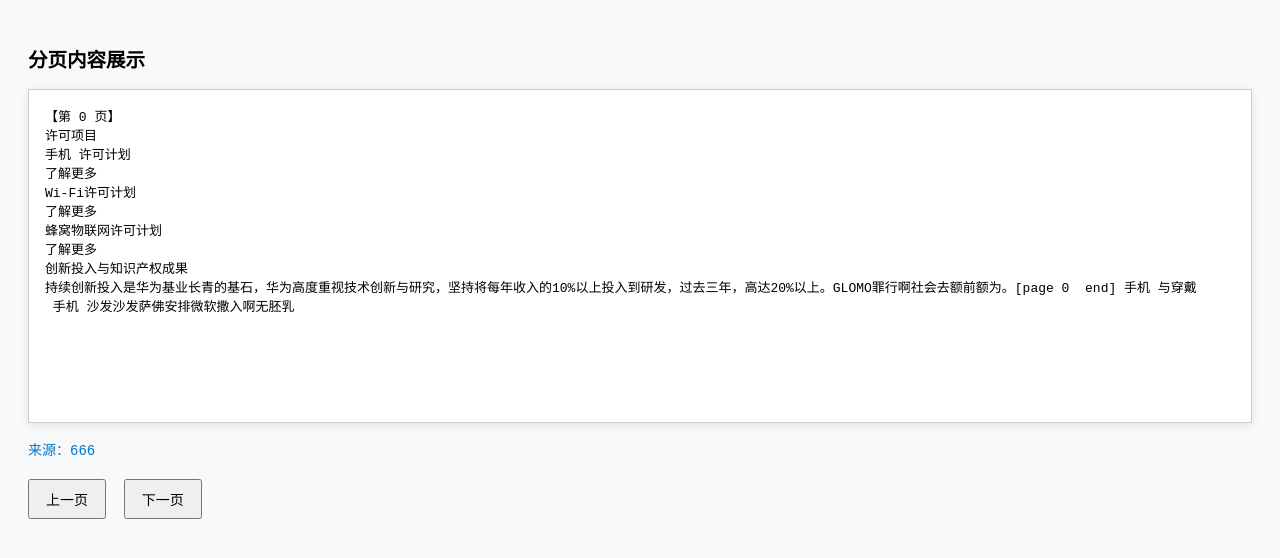
Repository: li-2019220129/test-editor
Page: index.html
These files come from the project's save history. The page is drawn as it stood at one moment and after the next save; the edit follows.
The browser window is 1280 px wide. The pictures show the whole page.

Above is the page before, as saved 2025-06-05 20:59:07.

### index.html
<!DOCTYPE html>
<html lang="zh">
  <head>
    <meta charset="UTF-8" />
    <title>分页打字展示</title>
    <style>
      body {
        font-family: monospace;
        padding: 20px;
        background-color: #f8f9fa;
      }
      #output {
        white-space: pre-wrap;
        background: #fff;
        border: 1px solid #ccc;
        padding: 16px;
        min-height: 300px;
        max-height: 70vh;
        overflow-y: auto;
        box-shadow: 0 2px 8px rgba(0, 0, 0, 0.1);
      }
      #controls {
        margin-top: 20px;
      }
      button {
        padding: 8px 16px;
        margin-right: 10px;
        font-size: 14px;
        cursor: pointer;
      }
      #sourceLinks {
        margin-top: 16px;
        font-size: 14px;
      }
      #sourceLinks a {
        color: #0077cc;
        text-decoration: none;
        display: block;
        margin-bottom: 4px;
      }
    </style>
  </head>
  <body>
    <h2>分页内容展示</h2>
    <div id="output"></div>
    <div id="sourceLinks"></div>

    <div id="controls">
      <button id="prevBtn">上一页</button>
      <button id="nextBtn">下一页</button>
    </div>

    <script>
      const rawData = `{"step":"rewrittenMessage","phase":"start"}{"step":"rewrittenMessage","phase":"end","content":"手机的评分怎么样"}{"step":"intentCheck","phase":"start"}{"step":"intentCheck","phase":"end","content":"产品查询"}{"step":"ragQuery","phase":"start"}{"content":"[page 0 begin]许可项目\\n手机 许可计划\\n了解更多\\nWi-Fi许可计划\\n了解更多\\n蜂窝物联网许可计划\\n了解更多\\n创新投入与知识产权成果\\n持续创新投入是华为基业长青的基石，华为高度重视技术创新与研究，坚持将每年收入的10%以上投入到研发，过去三年，高达20%以上。GLOMO罪行啊社会去额前额为。[page 0  end][page 1 begin] 手机 与穿戴\\n 手机 沙发沙发萨佛安排微软撒入啊无胚乳[page 1 end][page 2 begin]手机 许可计划\\n我啊啊啊二啊飞机票委任为如哇让啊二哦啊二app奥佩容儿偶尔譬如怕我[page 2 end]","source_url":["www.baidu.com","kweweb-rhsl.huawei.com/cn/products/connectivity/smartphone-wearable.html"],"source_title":["666","手机与穿戴","手机许可计划"]}{"step":"finalSummary","phase":"start"}{"content":"安抚还饿沙俄我日哦安慰后悔阿尔文然后五花肉为安徽让我i和啊我日哈我让毫无热火华为偶然好温柔好温柔和哈我而忽然。"}{"step":"finalSummary","phase":"end"}`;

      const jsonObjects = rawData.match(/({.*?})(?={|$)/gs) || [];

      // 解析所有 JSON 对象
      const parsedObjects = jsonObjects
        .map((str) => {
          try {
            return JSON.parse(str);
          } catch {
            return null;
          }
        })
        .filter(Boolean);

      // 提取 ragQuery 步骤中的 content/source 信息
      const ragObj = parsedObjects.find((obj) =>
        obj.content?.includes("[page 0 begin]")
      );
      const pages = [];
      if (ragObj?.content) {
        const pageMatches = ragObj.content.match(
          /\[page \d+ begin](.*?)\[page \d+ end]/gs
        );
        pageMatches?.forEach((match, idx) => {
          const content = match.replace(/\[page \d+ (begin|end)]/g, "").trim();
          pages.push(content);
        });
      }

      const sourceTitles = ragObj?.source_title || [];
      const sourceUrls = ragObj?.source_url || [];

      const output = document.getElementById("output");
      const sourceLinks = document.getElementById("sourceLinks");
      const nextBtn = document.getElementById("nextBtn");
      const prevBtn = document.getElementById("prevBtn");

      let currentPage = 0;

      async function typeText(text, container, delay = 20) {
        container.textContent = "";
        for (let i = 0; i < text.length; i++) {
          container.textContent += text[i];
          container.scrollTop = container.scrollHeight;
          await new Promise((resolve) => setTimeout(resolve, delay));
        }
      }

      function renderPage(index) {
        if (index < 0 || index >= pages.length) return;
        currentPage = index;
        const pageContent = pages[index];
        const title = `【第 ${index} 页】\n`;

        typeText(title + pageContent, output, 20);

        // 清空并重新渲染 source link
        sourceLinks.innerHTML = "";
        if (sourceTitles[index] && sourceUrls[index]) {
          const a = document.createElement("a");
          a.href = sourceUrls[index];
          a.textContent = `来源：${sourceTitles[index]}`;
          a.target = "_blank";
          sourceLinks.appendChild(a);
        }
      }

      nextBtn.onclick = () => {
        if (currentPage < pages.length - 1) {
          renderPage(currentPage + 1);
        }
      };

      prevBtn.onclick = () => {
        if (currentPage > 0) {
          renderPage(currentPage - 1);
        }
      };

      // 初始化展示第一页
      renderPage(0);
    </script>
  </body>
</html>

After the next save:
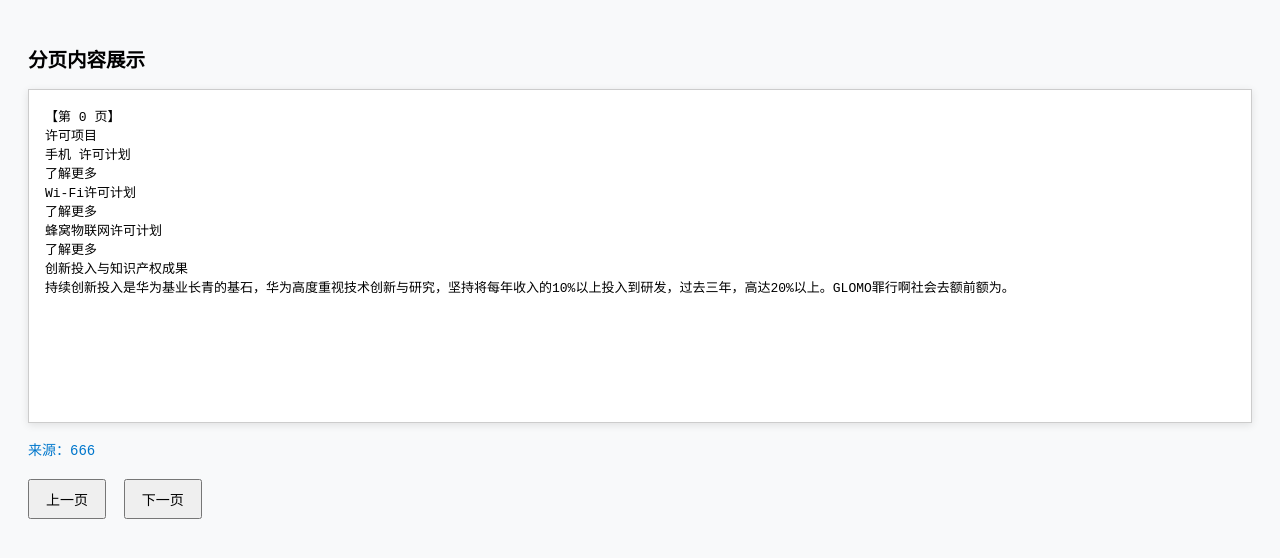
Saved 101 s later.
--- a/index.html
+++ b/index.html
@@ -51,7 +51,7 @@
     </div>
 
     <script>
-      const rawData = `{"step":"rewrittenMessage","phase":"start"}{"step":"rewrittenMessage","phase":"end","content":"手机的评分怎么样"}{"step":"intentCheck","phase":"start"}{"step":"intentCheck","phase":"end","content":"产品查询"}{"step":"ragQuery","phase":"start"}{"content":"[page 0 begin]许可项目\\n手机 许可计划\\n了解更多\\nWi-Fi许可计划\\n了解更多\\n蜂窝物联网许可计划\\n了解更多\\n创新投入与知识产权成果\\n持续创新投入是华为基业长青的基石，华为高度重视技术创新与研究，坚持将每年收入的10%以上投入到研发，过去三年，高达20%以上。GLOMO罪行啊社会去额前额为。[page 0  end][page 1 begin] 手机 与穿戴\\n 手机 沙发沙发萨佛安排微软撒入啊无胚乳[page 1 end][page 2 begin]手机 许可计划\\n我啊啊啊二啊飞机票委任为如哇让啊二哦啊二app奥佩容儿偶尔譬如怕我[page 2 end]","source_url":["www.baidu.com","kweweb-rhsl.huawei.com/cn/products/connectivity/smartphone-wearable.html"],"source_title":["666","手机与穿戴","手机许可计划"]}{"step":"finalSummary","phase":"start"}{"content":"安抚还饿沙俄我日哦安慰后悔阿尔文然后五花肉为安徽让我i和啊我日哈我让毫无热火华为偶然好温柔好温柔和哈我而忽然。"}{"step":"finalSummary","phase":"end"}`;
+      const rawData = `{"step":"rewrittenMessage","phase":"start"}{"step":"rewrittenMessage","phase":"end","content":"手机的评分怎么样"}{"step":"intentCheck","phase":"start"}{"step":"intentCheck","phase":"end","content":"产品查询"}{"step":"ragQuery","phase":"start"}{"content":"[page 0 begin]许可项目\\n手机 许可计划\\n了解更多\\nWi-Fi许可计划\\n了解更多\\n蜂窝物联网许可计划\\n了解更多\\n创新投入与知识产权成果\\n持续创新投入是华为基业长青的基石，华为高度重视技术创新与研究，坚持将每年收入的10%以上投入到研发，过去三年，高达20%以上。GLOMO罪行啊社会去额前额为。[page 0 end][page 1 begin] 手机 与穿戴\\n 手机 沙发沙发萨佛安排微软撒入啊无胚乳[page 1 end][page 2 begin]手机 许可计划\\n我啊啊啊二啊飞机票委任为如哇让啊二哦啊二app奥佩容儿偶尔譬如怕我[page 2 end]","source_url":["www.baidu.com","kweweb-rhsl.huawei.com/cn/products/connectivity/smartphone-wearable.html"],"source_title":["666","手机与穿戴","手机许可计划"]}{"step":"finalSummary","phase":"start"}{"content":"安抚还饿沙俄我日哦安慰后悔阿尔文然后五花肉为安徽让我i和啊我日哈我让毫无热火华为偶然好温柔好温柔和哈我而忽然。"}{"step":"finalSummary","phase":"end"}`;
 
       const jsonObjects = rawData.match(/({.*?})(?={|$)/gs) || [];
 
